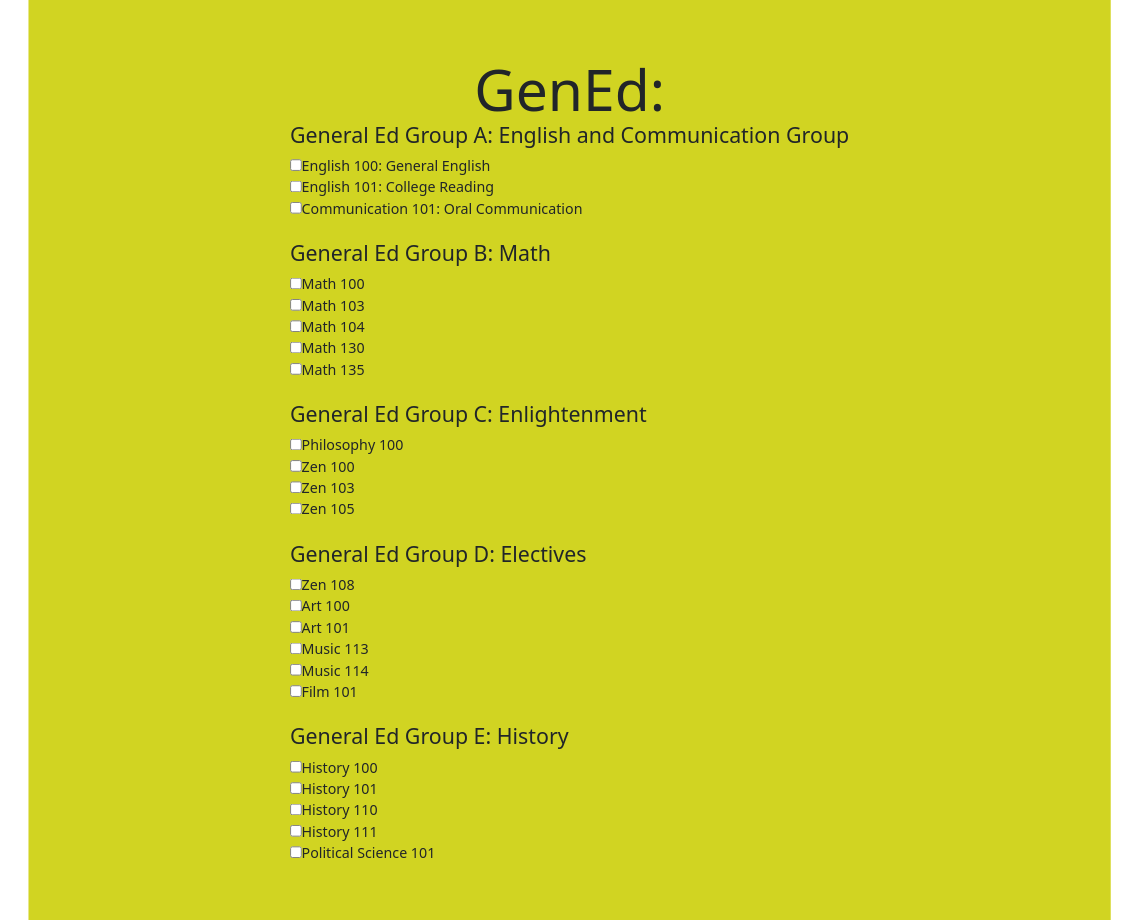
Repository: collegedude9300/zenschool
Page: /GenEd
An editor plug-in stored every save of this project. The page is shown before and after the next save, followed by the edit.
The browser window is 1280 px wide. The pictures show the whole page, at 89% of full size.
The project was rebuilt for these pictures with package versions that can differ from the ones it lists, and the page was loaded fresh each time. The framework's server and built-in components were replaced by stand-ins that run in the browser. Also part of the build but not shown: next.config.js.

Above is the page before, as saved 2022-10-27 18:43:04.

### pages/GenEd.js
import Head from 'next/head'
import Image from 'next/image'
import styles from '../styles/Home.module.css'
import 'bootstrap/dist/css/bootstrap.css'
export default function GenEd() {
return(
//class choices form
<div className={styles.container}>
<Head>
<title>GenEd</title>
<meta name="description" content="Generated by create next app" />
<link rel="icon" href="/favicon.png" />
</Head>
<main className={styles.main}>
<h1 className={styles.title}>
GenEd:
</h1>
<form>
<h4>General Ed Group A: English and Communication Group </h4>
<input type="checkbox" id="English 100" name="English 100" value="English 100"/>
<label for="English 100"> English 100: General English </label><br/>
<input type="checkbox" id="English 101" name="English 101" value="English 101"/>
<label for="English 101"> English 101: College Reading</label><br/>
<input type="checkbox" id="Communication 101" name="Communication 101" value="Communication 101"/>
<label for="Communication 101"> Communication 101: Oral Communication</label><br/>
<br/>
<h4>General Ed Group B: Math </h4>
<input type="checkbox" id="Math 100" name="Math 100" value="Math 100"/>
<label for="Math 100"> Math 100</label><br/>
<input type="checkbox" id="Math 103" name="Math 103" value="Math 103"/>
<label for="Math 103"> Math 103</label><br/>
<input type="checkbox" id="Math 104" name="Math 104" value="Math 104"/>
<label for="Math 104"> Math 104</label><br/>
<input type="checkbox" id="Math 130" name="Math 130" value="Math 130"/>
<label for="Math 130"> Math 130</label><br/>
<input type="checkbox" id="Math 135" name="Math 135" value="Math 135"/>
<label for="Math 135"> Math 135</label><br/>
<br/>
<h4>General Ed Group C: Enlightenment </h4>
<input type="checkbox" id="Philosophy 100" name="Philosophy 100" value="Philosophy 100"/>
<label for="Philosophy 100"> Philosophy 100</label><br/>
<input type="checkbox" id="Zen 100" name="Zen 100" value="Zen 100"/>
<label for="Zen 100"> Zen 100</label><br/>
<input type="checkbox" id="Zen 103" name="Zen 103" value="Zen 103"/>
<label for="Zen 103"> Zen 103</label><br/>
<input type="checkbox" id="Zen 105" name="Zen 105" value="Zen 105"/>
<label for="Zen 105"> Zen 105</label><br/>
<br/>
<h4>General Ed Group D: Electives </h4>
<input type="checkbox" id="Zen 108" name="Zen 108" value="Zen 108"/>
<label for="Zen 108"> Zen 108</label><br/>
<input type="checkbox" id="Art 100" name="Art 100" value="Art 100"/>
<label for="Art 100"> Art 100</label><br/>
<input type="checkbox" id="Art 101" name="Art 101" value="Art 101"/>
<label for="Art 101"> Art 101</label><br/>
<input type="checkbox" id="Music 113" name="Music 113" value="Music 113"/>
<label for="Music 113"> Music 113</label><br/>
<input type="checkbox" id="Music 114" name="Music 114" value="Music 114"/>
<label for="Music 114"> Music 114</label><br/>
<input type="checkbox" id="Film 101" name="Film 101" value="Film 101"/>
<label for="Film 101"> Film 101</label><br/>
<br/>
<h4>General Ed Group E: History </h4>
<input type="checkbox" id="History 100" name="History 100" value="History 100"/>
<label for="History 100"> History 100</label><br/>
<input type="checkbox" id="History 101" name="History 101" value="History 101"/>
<label for="History 101"> History 101</label><br/>
<input type="checkbox" id="History 110" name="History 110" value="History 110"/>
<label for="History 110"> History 110</label><br/>
<input type="checkbox" id="History 111" name="History 111" value="History 111"/>
<label for="History 111"> History 111</label><br/>
<input type="checkbox" id="Pol-Science 101" name="Pol-Science 101" value="Pol-Science 101"/>
<label for="Pol-Science 101"> Political Science 101</label><br/>
</form>
</main>
      </div>
)}

### styles/Home.module.css
.container {
  padding: 0 2rem;
}

.main {
  min-height: 100vh;
  padding: 4rem 0;
  flex: 1;
  display: flex;
  flex-direction: column;
  justify-content: center;
  align-items: center;
  background-color: #d1d422;
}

.footer {
  display: flex;
  flex: 1;
  padding: 2rem 0;
  border-top: 1px solid #eaeaea;
  justify-content: center;
  align-items: center;
}

.footer a {
  display: flex;
  justify-content: center;
  align-items: center;
  flex-grow: 1;
}

.title a {
  color: #0070f3;
  text-decoration: none;
}

.title a:hover,
.title a:focus,
.title a:active {
  text-decoration: underline;
}

.title {
  margin: 0;
  line-height: 1.15;
  font-size: 4rem;
}

.title,
.description {
  text-align: center;
}

.description {
  margin: 4rem 0;
  line-height: 1.5;
  font-size: 1.5rem;
}

.code {
  background: #fafafa;
  border-radius: 5px;
  padding: 0.75rem;
  font-size: 1.1rem;
  font-family: Menlo, Monaco, Lucida Console, Liberation Mono, DejaVu Sans Mono,
    Bitstream Vera Sans Mono, Courier New, monospace;
}

.grid {
  display: flex;
  align-items: center;
  justify-content: center;
  flex-wrap: wrap;
  max-width: 800px;
}

.card {
  margin: 1rem;
  padding: 1.5rem;
  text-align: left;
  color: inherit;
  text-decoration: none;
  border: 1px solid #eaeaea;
  border-radius: 10px;
  transition: color 0.15s ease, border-color 0.15s ease;
  max-width: 300px;
}

.card:hover,
.card:focus,
.card:active {
  color: #0070f3;
  border-color: #0070f3;
}

.card h2 {
  margin: 0 0 1rem 0;
  font-size: 1.5rem;
}

.card p {
  margin: 0;
  font-size: 1.25rem;
  line-height: 1.5;
}

.logo {
  height: 1em;
  margin-left: 0.5rem;
}

@media (max-width: 600px) {
  .grid {
    width: 100%;
    flex-direction: column;
  }
}

@media (prefers-color-scheme: dark) {
  .card,
  .footer {
    border-color: #222;
  }
  .code {
    background: #111;
  }
  .logo img {
    filter: invert(1);
  }
}

Loaded but not shown: pages/_app.js (common file); styles/globals.css (common file)

After the next save:
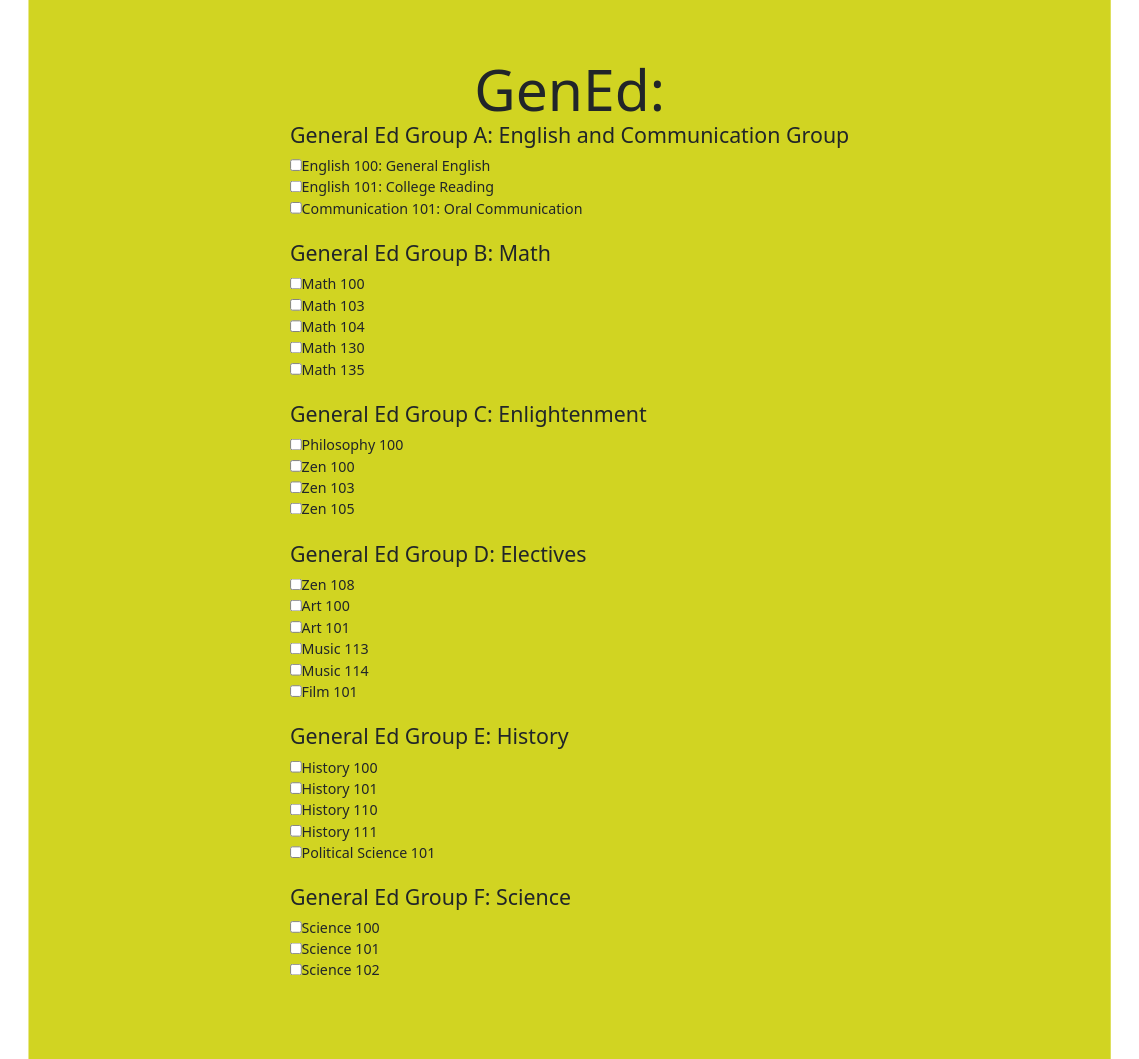
Saved 64 s later.
--- a/pages/GenEd.js
+++ b/pages/GenEd.js
@@ -71,6 +71,15 @@ GenEd:
 <label for="History 111"> History 111</label><br/>
 <input type="checkbox" id="Pol-Science 101" name="Pol-Science 101" value="Pol-Science 101"/>
 <label for="Pol-Science 101"> Political Science 101</label><br/>
+<br/>
+<h4>General Ed Group F: Science </h4>
+<input type="checkbox" id="Science 100" name="Science 100" value="Science 100"/>
+<label for="Science 100"> Science 100</label><br/>
+<input type="checkbox" id="Science 101" name="Science 101" value="Science 101"/>
+<label for="Science 101"> Science 101</label><br/>
+<input type="checkbox" id="Science 102" name="Science 102" value="Science 102"/>
+<label for="Science 102"> Science 102</label><br/>
+<br/>
 </form>
 </main>
       </div>
